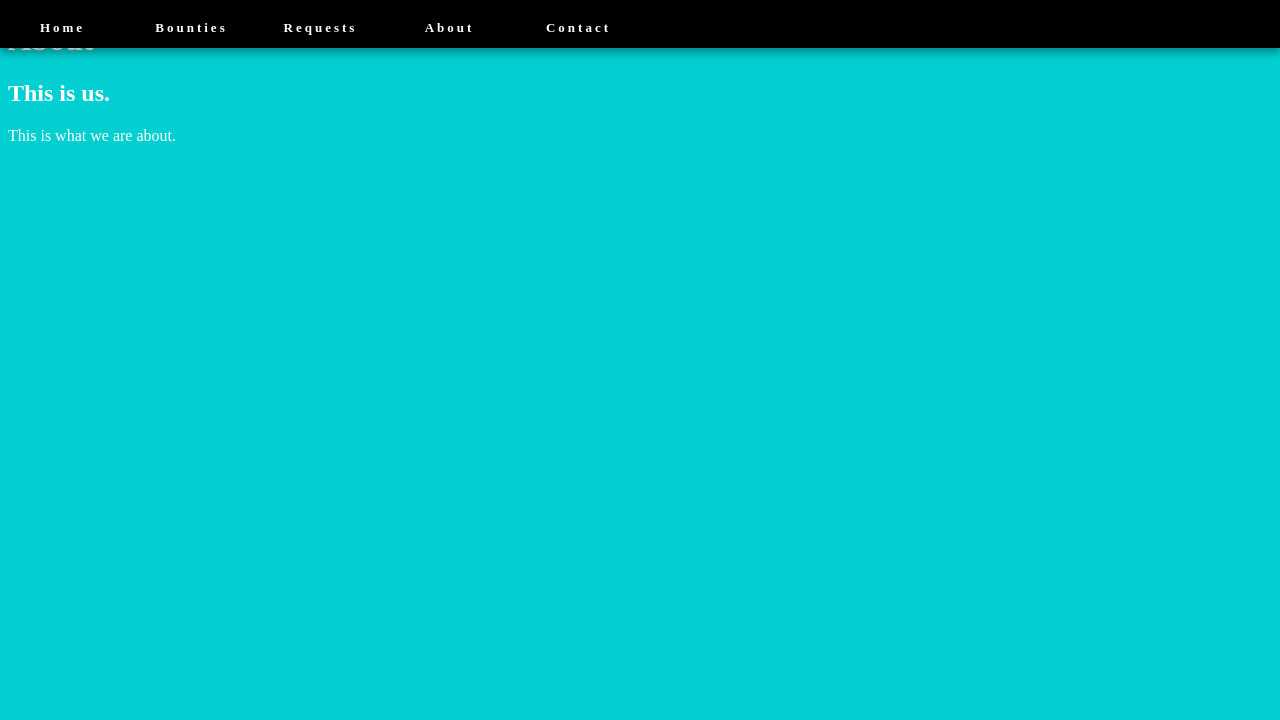
Repository: mailog/Tomorrow
Page: http://localhost/login
An editor plug-in stored every save of this project. The page is shown before and after the next save, followed by the edit.
The browser window is 1280 px wide. The pictures show the whole page.
The page is this project's Thymeleaf template; nobody is signed in. The template is opened directly, without the code that normally fills it, so the values that code supplies are empty.

Above is the page before, as saved 2017-07-27 01:32:47.

After the next save:
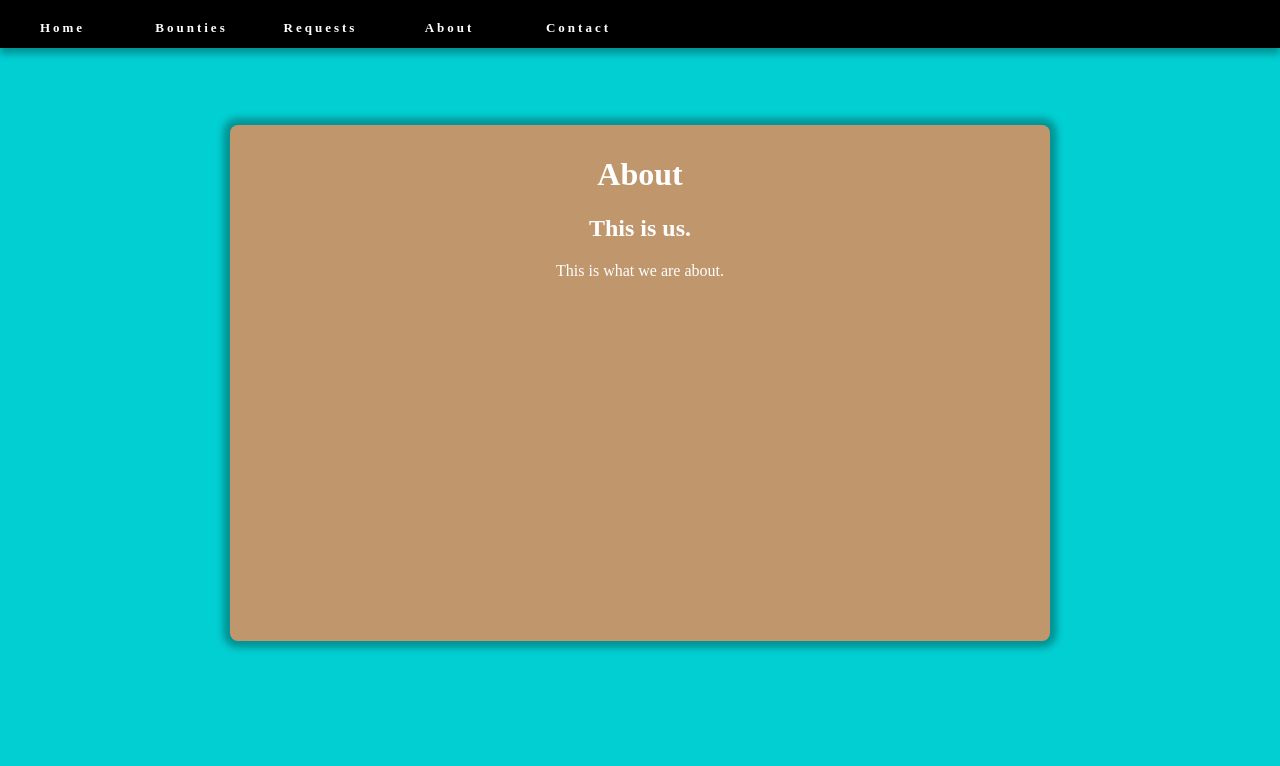
Saved 71 min 43 s later.
--- a/Tomorrow/src/main/resources/templates/login.html
+++ b/Tomorrow/src/main/resources/templates/login.html
@@ -3,6 +3,7 @@
 <head>
 <title>About</title>
 <link rel="stylesheet" type="text/css" href="/css/toolbar.css" />
+<link rel="stylesheet" type="text/css" href="/css/about.css" />
 </head>
 <body>
 
